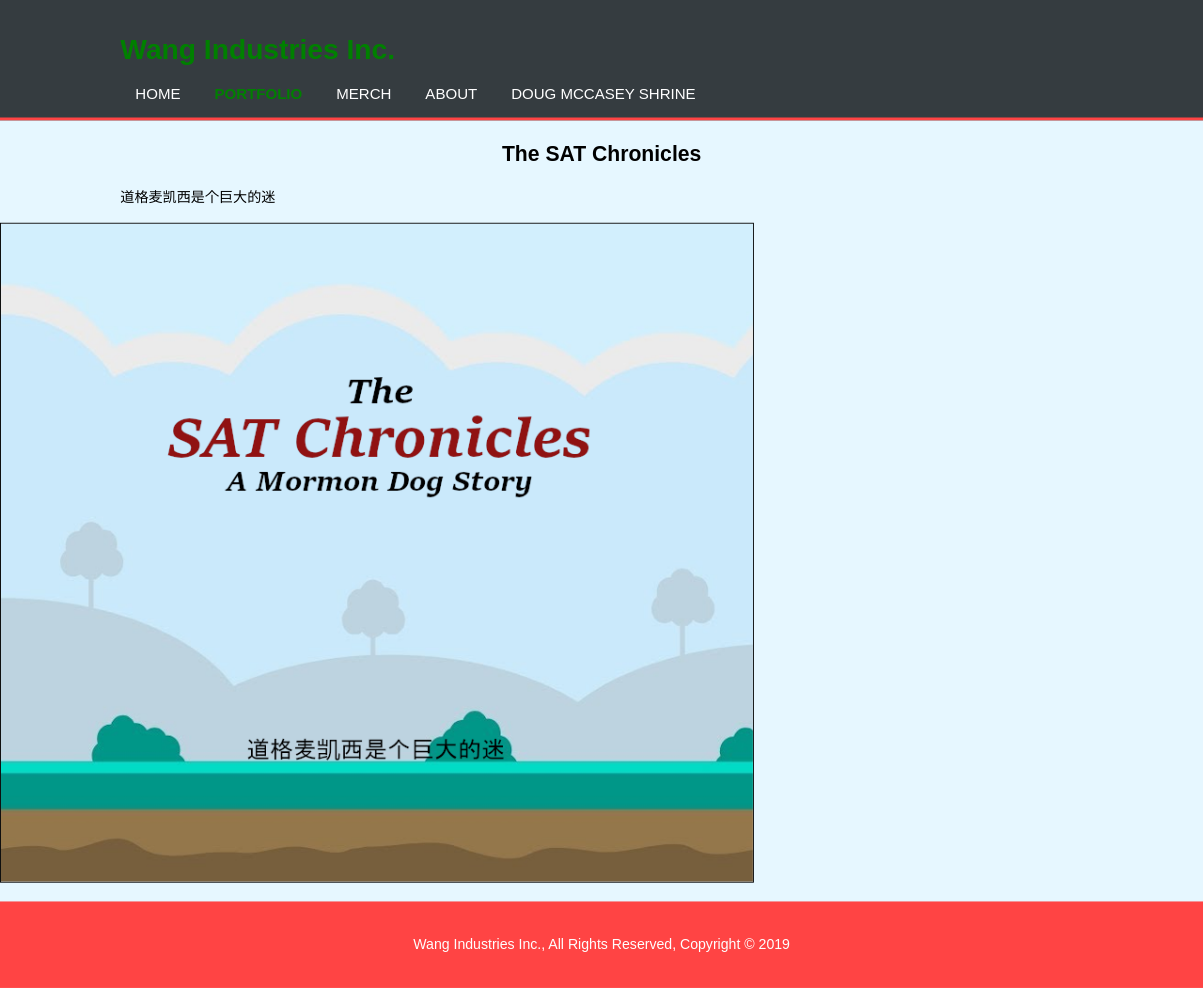
Repository: albert031/albert031.github.io
Page: projects/thesatchronicles.html
The author's editor kept a record of every edit. The page is drawn from the files as they stood at one moment, then again after the next edit.
The browser window is 1280 px wide. The pictures show the whole page, at 94% of full size.

Above is the page before.

### projects/thesatchronicles.html
<!DOCTYPE HTML w/ Processing>

<html>
  <head>
      <meta http-equiv="Content-Type" content="text/html; charset=UTF-8" />
      <title>Albert's Website | The SAT Chronicles</title>
      <script type="text/javascript" src="../js/processing.js"></script>
      <meta name=viewport content=width=device-width>
      <link rel=stylesheet type=text/css href=../css/style.css>
  </head>

  <body>
    <header>
        <div class=container>
            <div id=branding>
                <h1 class=highlight>Wang Industries Inc.</h1>
            </div>
        </div>
        <nav>
            <div class=dropdown>
                <button class=dropbtn><a href=../index.html>Home</a></button>
            </div>
            <div class=dropdown>
                <button class="dropbtn current"><a href=../portfolio.html>Portfolio</a></button>
                <div class="dropdown-content current">
                    <a href=../projects/thesatchronicles.html>The SAT Chronicles</a>
                </div>
            </div>
            <div class=dropdown>
                <button class=dropbtn><a href=../merch.html>Merch</a></button>
                <div class=dropdown-content>
                    <a href="#">Dagu makkeishī Ramen Noodles™</a>
                    <a href="#">Dagu makkeishī ChopSticks™</a>
                    <a href="#">Dagu makkeishī Premium Soysauce Ultra Mega Doug Size™</a>
                </div>
            </div>
            <div class=dropdown>
                <button class=dropbtn><a href=../about.html>About</a></button>
            </div>
            <div class=dropdown>
                <button class=dropbtn><a href=../dougshrine.html>Doug McCasey Shrine</a></button>
                <div class=dropdown-content>
                    <a href=dougthethug.html>Doug the Thug</a>
                </div>
            </div>
        </nav>
    </header>

    <section id=main>
      <div class=container>
        <div id=main-col>
          <h1 align=center>The SAT Chronicles</h1>
          <p>道格麦凯西是个巨大的迷</p>
        </article>
      </div>
    </section>

    <script type="text/processing">
      PImage bg, bg1, dou, topPipe, botPipe, replayButton;
      int bgx, bgy, dx, dy, g, Vdy;
      int[] pipeX, pipeY;
      int gameState, score;
      float speed;

      void setup(){
        size(800,700);
        bg = loadImage("../imgsatchronicles/bg.png");
        bg1 = loadImage("../imgsatchronicles/startscreen.png");
        dou = loadImage("../imgsatchronicles/doug.png");
        botPipe = loadImage("../imgsatchronicles/botpipe.png");
        topPipe = loadImage("../imgsatchronicles/topPipe.png");
        replayButton = loadImage("../imgsatchronicles/replaybutton.png");
        dx = 100;
        dy = 50;
        g = 1;
        speed = 4;
        pipeX = new int[5];
        pipeY = new int[pipeX.length];
        for(int i = 0; i < pipeX.length; i++){
          pipeX[i] = width + 200*i;
          pipeY[i] = (int)random(-350, 0);
        }
        gameState = -1;
      }

      void draw(){
        if(gameState == -1){
          startScreen();
        }
        if(gameState == 0){
          setBg();
          setPipes();
          moveDoug();
          scoreCounter();
        }
        if(gameState == 1){
          fill(0);
          text("You failed the SAT", 20, 500);
          replay();
        }
      }

      void scoreCounter(){
        fill(0);
        textSize(32);
        text("SAT Score: " + 100*score, width - 300, 40);
      }


      void startScreen(){
        image(bg1, 0, 0);
        if(mousePressed){
          dy = height/2;
          gameState = 0;
        }
      }

      void replay(){
        image(replayButton, 20, 550);
      }

      void setPipes(){
        for(int i = 0; i < pipeX.length; i++){
          image(topPipe, pipeX[i], pipeY[i]);
          image(botPipe, pipeX[i], pipeY[i] + 680);
          if(score < 8){
            pipeX[i] -= 4;
          }
          else{
            pipeX[i] -= speed;
            if(speed < 6){
              speed = speed + .001;
            }
          }
          if(pipeX[i] < -200){
            pipeX[i] = width;
          }
          if(dx > (pipeX[i] - 45) && dx < pipeX[i] + 70){
            if(!(dy > pipeY[i] + 450 && dy < pipeY[i] + (450 + 230-49))){
               gameState = 1;
            }
            else if(dx == pipeX[i] || dx == pipeX[i] + 3){
              score++;
            }
          }
        }
      }

      void moveDoug(){
        image(dou, dx, dy);
        dy = dy + Vdy;
        Vdy = Vdy + g;
        if(dy > height || dy < 0){
          text("You get accused of cheating", 20, 400);
          gameState = 1;
        }
      }


      void mousePressed(){
        Vdy = -15;
        if(mouseX < 70 && mouseX > 20 && mouseY < 600 && mouseY > 500){
            setup();
            score = 0;
        }
      }

      void setBg(){
        image(bg, bgx, bgy);
        image(bg, bgx + bg.width, bgy);
        bgx = bgx - 4;
        if(bgx < -bg.width){
          bgx = 0;
        }
      }

    </script>
    <canvas id="sketch" style="border: 1px solid black;"></canvas>

    <footer>
        <p>Wang Industries Inc., All Rights Reserved, Copyright &copy 2019</p>
    </footer>
  </body>

</html>

### css/style.css
/*CSS Style Sheet */

body{
    font-family:Arial, Helvetica, sans-serif;
    font-size:15px;
    line-height:1.5;
    padding:0;
    margin:0;
    background-color:#e6f7ff;
}

/* Global */
.container{
    width:80%;
    margin:auto;
    overflow:hidden;
}

ul {
    margin:0;
    padding:0;
}

.button_1{
    height:38px;
    background:#ff4444;
    border:0;
    padding-left:20px;
    padding-right:20px;
    color:#ffffff;
}

@keyframes rainbow{
    0% {color:red;}
    17% {color:orange;}
    34% {color:yellow;}
    50% {color:green;}
    67% {color:blue;}
    84% {color:indigo;}
    100% {color:violet;}
}

/* Header */
header{
    background:#353c40;
    color:#ffffff;
    padding-top:30px;
    min-height:70px;
    border-bottom: #ff4444 3px solid;
    list-style:none;
}

header a{
    text-decoration:none;
    text-transform:uppercase;
    color:#ffffff;
}

header nav{
    width:80%;
    margin:auto;
}

.dropbtn {
  background-color: transparent;
  outline:none;
  padding: 16px;
  font-size: 16px;
  border: none;
}

/* The container <div> - needed to position the dropdown content */
.dropdown {
  position: relative;
  display: inline-block;
}

/* Dropdown Content (Hidden by Default) */
.dropdown-content {
  display: none;
  position: absolute;
  background-color: #f1f1f1;
  min-width: 160px;
  box-shadow: 0px 8px 16px 0px rgba(0,0,0,0.2);
  z-index: 1;
}

/* Links inside the dropdown */
.dropdown-content a{
  color: black;
  padding: 12px 16px;
  text-decoration: none;
  display: block;
}

/* Change color of dropdown links on hover */
.dropdown-content a:hover {
    background-color: #ddd;
}

/* Show the dropdown menu on hover */
.dropdown:hover .dropdown-content {
    display: block;
}

header #branding{
    float:left;
}

header #branding h1{
    margin:0;
}

header .highlight, header .current a{
    animation:rainbow 2s linear infinite alternate;
    font-weight:bold;
}

header a:hover{
    color:#ff0000;
    font-weight:bold;
}

/* Showcase */
#showcase{
    min-height:400px;
    background-image:url(../img/ramenpic.jpg);
    background-position:center center;
    background-repeat:no-repeat;
    text-align:center;
    color:#000000;
}

#showcase h1{
    margin-top:100px;
    font-size:55px;
    margin-bottom:10px;
}

#showcase p{
    font-size:20px;
}

#order{
    padding:15px;
    color:#ffffff;
    background:#353c40;
}

/* Order */
#order h1{
    float:left;
}

#order form{
    float:right;
    margin-top:15px;
}

#order input[type=name]{
    padding:4px;
    height:25px;
    width:250px;
}

/* Boxes */
#boxes{
    margin-top:20px;
}

#boxes .box{
    float:left;
    text-align:center;
    width:30%;
    padding:10px;
}

#boxes .box img{
    width:150px;
}

/* Main-col */
article#main-col{
    float:left;
    width:65%;
}

footer{
    padding:20px;
    margin-top:20px;
    color:#ffffff;
    background-color:#ff4444;
    text-align:center;
}

/* Boxes around each project */
.project{
	background-color: #353c40;
	font-size: 100%;
	padding: 1%;
	width: 320px;
	height: 320px;
	float: left;
	text-align:center;
	border-radius: 5px;
	margin:1%;
}

.project a{
	color:#ffffff;
	text-decoration: none;
	font-size: 16px;
}

.project h1{
    color:#ffffff;
}

.project iframe{
    width:100%;
}

.project img{
    width:100%;
}

.project a:hover{
    color:#ff0000;
    font-weight:bold;
}

/* Media Queries */
@media(max-width:768px){
    header #branding,
    header nav,
    header nav li,
    #order h1,
    #order form,
    #boxes .box{
        float:none;
        text-align:center;
        width:100%;
        }

    header{
        padding-bottom:20px;
    }

    #showcase h1{
        margin-top:40px;
    }

    #order button{
        display:block;
        width:100%;
    }

    #order form input[type=name]{
        width:100%;
        margin-bottom:5px
    }
}

Loaded but not shown: js/processing.js (library)

After the next edit:
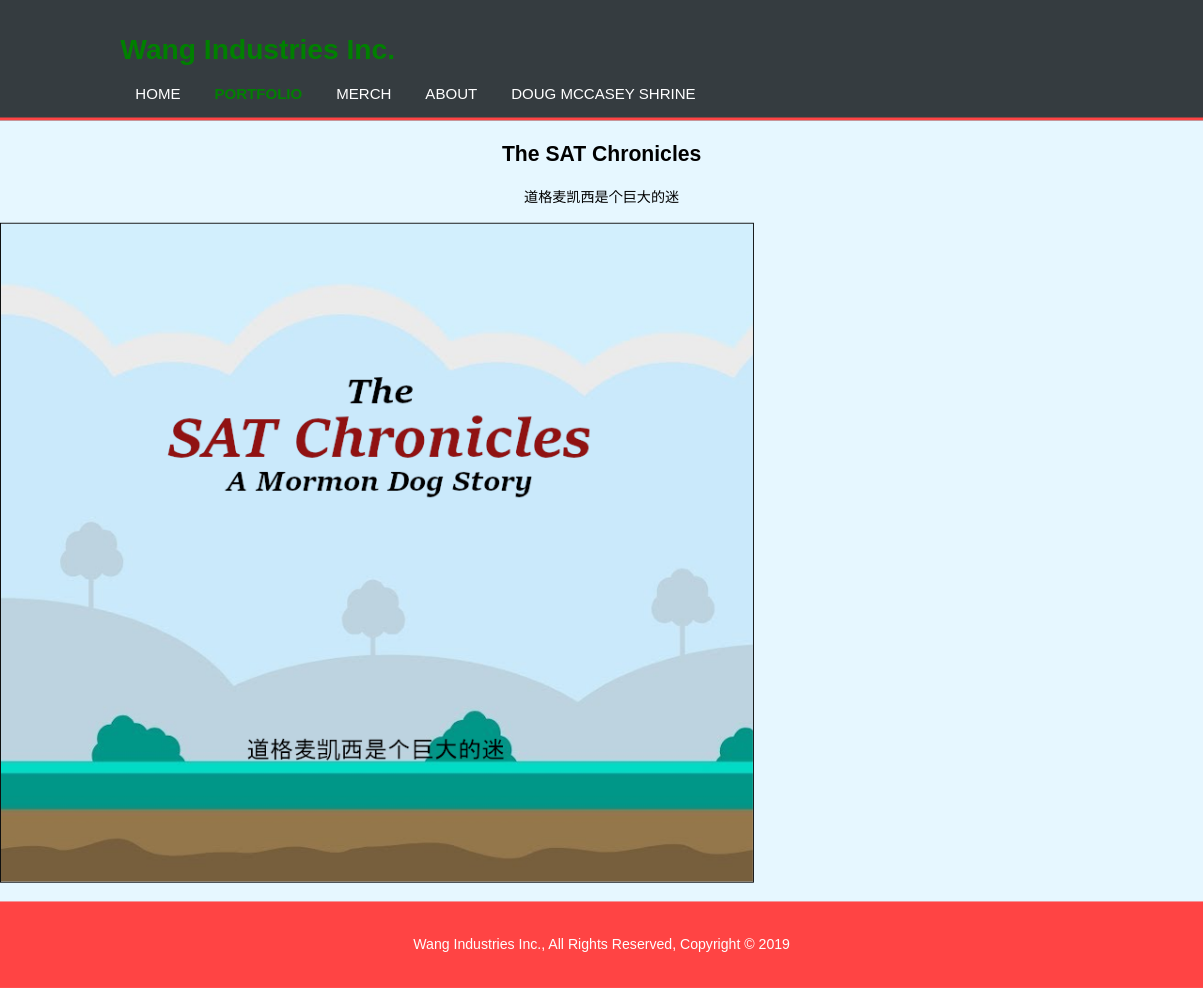
The edit:
--- a/projects/thesatchronicles.html
+++ b/projects/thesatchronicles.html
@@ -50,8 +50,8 @@
       <div class=container>
         <div id=main-col>
           <h1 align=center>The SAT Chronicles</h1>
-          <p>道格麦凯西是个巨大的迷</p>
-        </article>
+          <p align=center>道格麦凯西是个巨大的迷</p>
+        </div>
       </div>
     </section>
 
